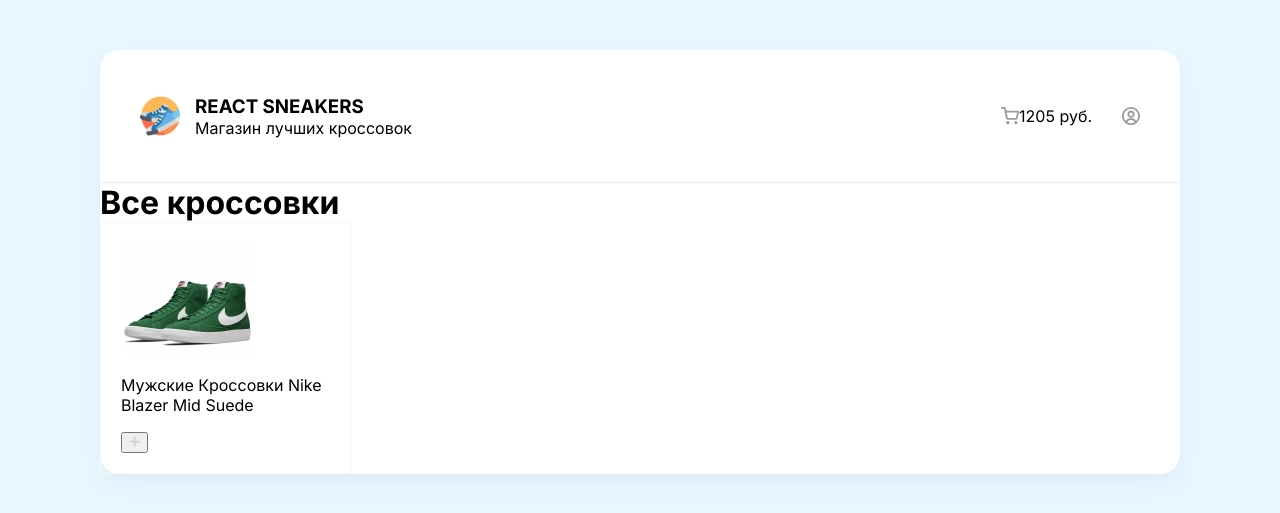
Repository: VaheHarutyunyan/react-sneakers
Page: /
These files come from the project's save history. The page is drawn as it stood at one moment and after the next save; the edit follows.
The browser window is 1280 px wide. The pictures show the whole page.
The project was rebuilt for these pictures with package versions that can differ from the ones it lists, and the page was loaded fresh each time.

Above is the page before, as saved 2021-07-22 13:24:06.

After the next save:
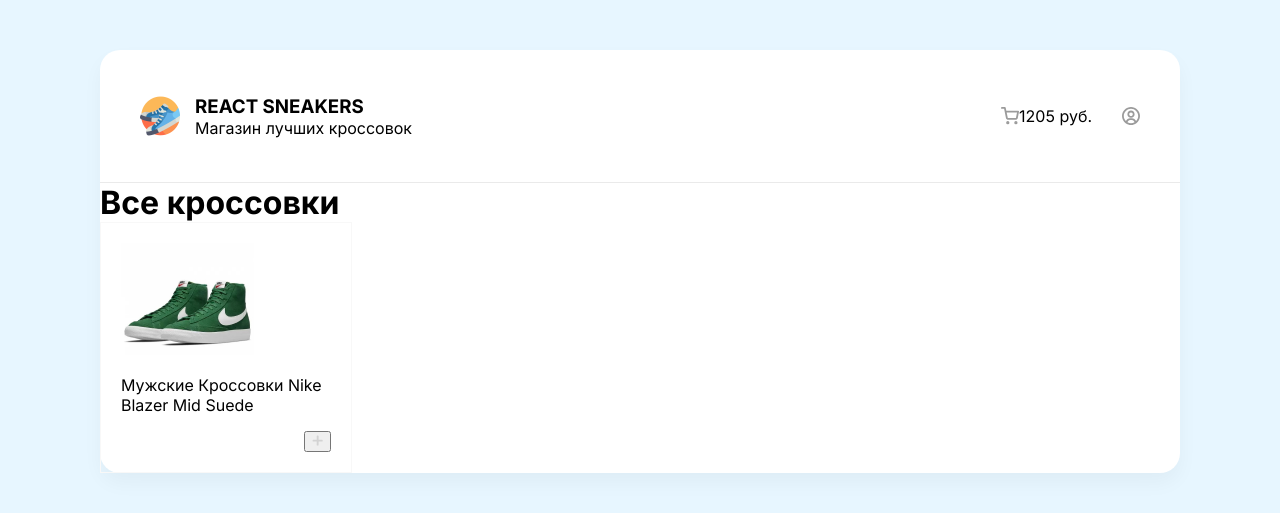
Saved 26 s later.
--- a/src/index.scss
+++ b/src/index.scss
@@ -62,4 +62,8 @@
   border:1px solid #f8f8f8;
   padding: 20px;
   width: 210px;
+  .cardBottom{
+    display: flex;
+    justify-content: space-between;
+  }
 }
